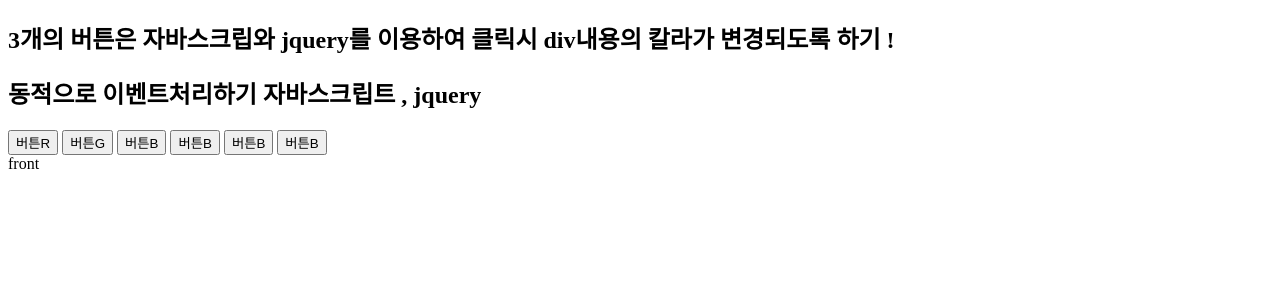
Repository: LeeJungHoon1/javaWeb
Page: ajaxPrj_09_6/src/main/webapp/실습과제_이정훈.html
An editor plug-in stored every save of this project. The page is shown before and after the next save, followed by the edit.
The browser window is 1280 px wide. The pictures show the whole page.

Above is the page before, as saved 2023-09-06 02:44:13.

### ajaxPrj_09_6/src/main/webapp/실습과제_이정훈.html
<!DOCTYPE html>
<html>
<head>
<meta charset="UTF-8">
<title>Insert title here</title>
<script src="https://ajax.googleapis.com/ajax/libs/jquery/3.7.0/jquery.min.js"></script>
<script>

	function change1(){
		let div = document.getElementById("wrap");
		div.style.color="red";
	}

	function change2(){
		let div = document.querySelector("#wrap");
		div.style.color="green";
	}

	function change3(){
		$("#wrap").css("color","blue");
	}
	function big(){
		$("#wrap").css("font-size","50px")
	}
	function nomal(){
		$("#wrap").css("font-size","14px")
	}
	function small(){
		$("#wrap").css("font-size","5px")
	}

</script>
</head>
<body>

<h2> 3개의 버튼은 자바스크립와 jquery를 이용하여 클릭시  div내용의 칼라가 변경되도록 하기 ! </h2>

<h2>동적으로 이벤트처리하기 자바스크립트 , jquery </h2>
<button id="btn1" onclick="change1()">버튼R</button>
<button id="btn2" onclick="change2()">버튼G</button>
<button id="btn3" onclick="change3()">버튼B</button>
<button id="btn3" onclick="big()">버튼B</button>
<button id="btn3" onclick="nomal()">버튼B</button>
<button id="btn3" onclick="change3()">버튼B</button>

<div id="wrap">  front </div>
</body>
</html>

After the next save:
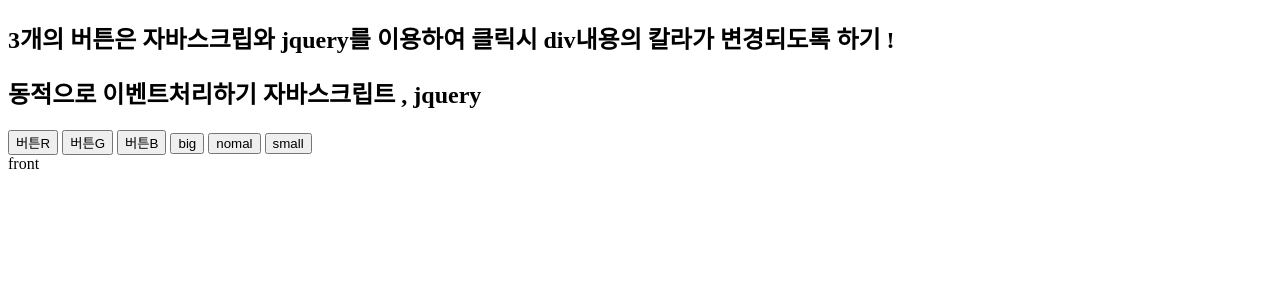
Saved 17 s later.
--- a/ajaxPrj_09_6/src/main/webapp/실습과제_이정훈.html
+++ b/ajaxPrj_09_6/src/main/webapp/실습과제_이정훈.html
@@ -39,9 +39,9 @@
 <button id="btn1" onclick="change1()">버튼R</button>
 <button id="btn2" onclick="change2()">버튼G</button>
 <button id="btn3" onclick="change3()">버튼B</button>
-<button id="btn3" onclick="big()">버튼B</button>
-<button id="btn3" onclick="nomal()">버튼B</button>
-<button id="btn3" onclick="change3()">버튼B</button>
+<button id="btn3" onclick="big()">big</button>
+<button id="btn3" onclick="nomal()">nomal</button>
+<button id="btn3" onclick="small()">small</button>
 
 <div id="wrap">  front </div>
 </body>
